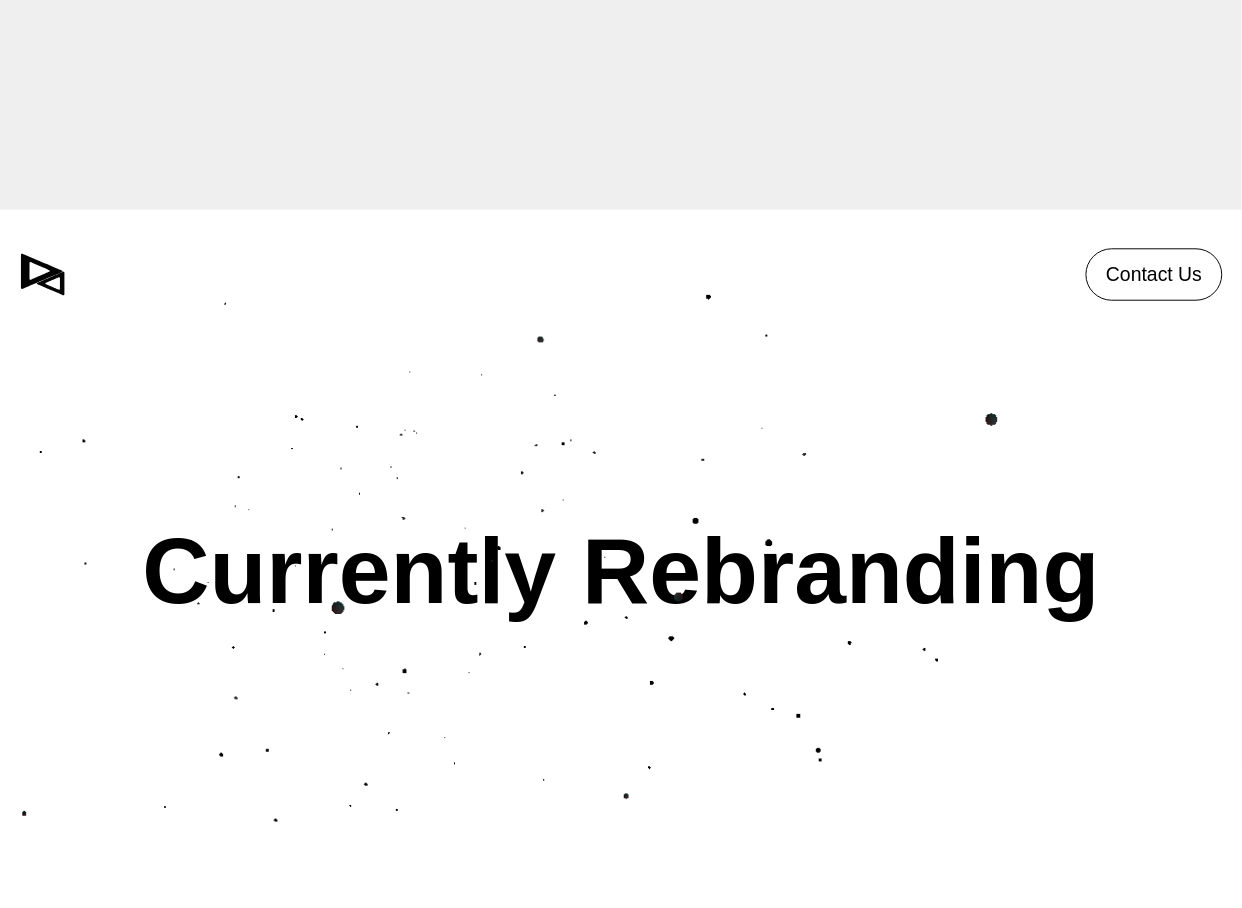
Repository: Cybugg/Nexxistudios-new
Page: /
These files come from the project's save history. The page is drawn as it stood at one moment and after a run of saves; the edit follows.
The browser window is 1280 px wide. The pictures show the whole page, at 97% of full size.
The project was rebuilt for these pictures with package versions that can differ from the ones it lists, and the page was loaded fresh each time. The framework's server and built-in components were replaced by stand-ins that run in the browser. Also part of the build but not shown: next.config.mjs.

Above is the page before, as saved 2025-09-06 15:33:08.

### app/layout.js
import { Geist, Geist_Mono } from "next/font/google";
import localFont from "next/font/local";
import "./globals.css";


const geistSans = Geist({
  variable: "--font-geist-sans",
  subsets: ["latin"],
});
const clashGrotesk = localFont({
  src:"./../public/fonts/TTF/ClashGrotesk-Variable.ttf",
  variable:"--font-clashGrotesk"
})

const geistMono = Geist_Mono({
  variable: "--font-geist-mono",
  subsets: ["latin"],
});

export const metadata = {
  title: "Create Next App",
  description: "Generated by create next app",
};

export default function RootLayout({ children }) {
  return (
    <html lang="en">
      <body
        className={`${geistSans.variable} ${geistMono.variable} antialiased ${clashGrotesk.variable} `}>
        {children}
      </body>
    </html>
  );
}

### app/page.js
"use client"
import { useGSAP } from "@gsap/react";
import TopNav from "./components/topNav";
import gsap from 'gsap';
import { useRef } from "react";
import Particles from "./Effects/Particles";




export default function Home() {
  const boxRef = useRef(null);
  useGSAP(() => {

    gsap.to("#progress", {
      width:"95%",
      duration:3,
      ease: 'power2.out',
    });
  },);

  return (
    <div className="grid grid-rows-[20px_1fr_20px] min-h-screen p-3 px-5  sm:p-5 bg-white text-black font-clashGrotesk">
      <main className="flex flex-col gap-[32px] row-start-2 items-center" style={{ width: '100%',height: '600px', position: 'relative' }}>
        <div className="absolute w-full h-full">
              <Particles particleColors={['#000000', '#000000']}
    particleCount={200}
    particleSpread={10}
    speed={0.1}
    particleBaseSize={100}
    moveParticlesOnHover={true}
    alphaParticles={false}
    disableRotation={false}
  />
        </div>

      {/* Nav section */}
  <TopNav />
      {/* Hero */}
      <section className="h-full w-full flex items-center justify-center">
    <div className="flex flex-col gap-5">
    {/* <div className="text-3xl">
    Re-branding in Progress...
    </div> */}
    <div className="flex items-center justify-center w-full">

{/* Main Text */}
<h1 className=" text-black flex items-center justify-center  w-full font-bold  text-8xl">
Currently Rebranding
</h1>
    </div>

    <div>

    </div>
    </div>
      </section>

      </main>
      <footer className="row-start-3 flex gap-[24px] flex-wrap items-center justify-center">

      </footer>
    </div>
  );
}

### app/globals.css
@import "tailwindcss";

:root {
  --background: #ffffff;
  --foreground: #171717;
}

@theme inline {
  --color-background: var(--background);
  --color-foreground: var(--foreground);
  --font-sans: var(--font-geist-sans);
  --font-mono: var(--font-geist-mono);
}

@media (prefers-color-scheme: dark) {
  :root {
    --background: #0a0a0a;
    --foreground: #ededed;
  }
}

body {
  background: var(--background);
  color: var(--foreground);
  font-family: Arial, Helvetica, sans-serif;
}

@keyframes load {
  0% {
    top: 4.5rem;
  }
  70% {
    top: 1.125rem;
  }
  90% {
    top: 0;
  }
  95% {
    top: 0;
  }
  100% {
    top: 4.5rem;
  }
}
@keyframes liquid-1 {
  0% {
    height: 0;
    opacity: 0;
    top: -0.5rem;
  }
  22% {
    height: 0.28125rem;
    top: 0.375rem;
    opacity: 1;
  }
  25% {
    top: -0.25rem;
  }
  35% {
    height: 1.125rem;
    top: -0.5rem;
  }
  55% {
    height: 0.28125rem;
    top: -0.125rem;
  }
  60% {
    height: 0.61875rem;
    opacity: 1;
    top: -0.275rem;
  }
  96% {
    height: 0.84375rem;
    opacity: 0;
    top: 0.5rem;
  }
  100% {
    height: 0;
    opacity: 0;
  }
}
@keyframes liquid-2 {
  0% {
    height: 0;
    opacity: 0;
    top: -0.5rem;
  }
  17.5% {
    height: 0.28125rem;
    top: 0.2rem;
    opacity: 1;
  }
  20% {
    top: -0.25rem;
  }
  25% {
    height: 1.40625rem;
    top: -0.625rem;
  }
  45% {
    height: 0.28125rem;
    top: -0.125rem;
  }
  60% {
    height: 1.40625rem;
    opacity: 1;
    top: -0.5rem;
  }
  96% {
    height: 0.84375rem;
    opacity: 0;
    top: 0.5rem;
  }
  100% {
    height: 0;
    opacity: 0;
  }
}
.battery {
  display: inline-block;
  position: relative;
  width: 2.25rem;
  height: 4.5rem;
  box-shadow: 0 0 0 0.2rem #425c77;
  background: white;
  border-radius: 0.09rem;
}
.battery:before {
  content: "";
  position: absolute;
  left: 0.5625rem;
  right: 0.5625rem;
  top: -0.3375rem;
  height: 0.3375rem;
  width: 1.125rem;
  background: #425c77;
  border-radius: 0.18rem;
}
.battery:after {
  content: "";
  position: absolute;
  top: 0;
  bottom: 0;
  left: 0;
  right: 0;
  border-right: 2.25rem solid transparent;
  border-bottom: 4.05rem solid rgba(255, 255, 255, 0.325);
}

.liquid {
  position: absolute;
  top: 0;
  bottom: 0;
  left: 0;
  right: 0;
  width: 2.25rem;
  background: #71fb85;
  animation: load 2.25s infinite;
}
.liquid:after, .liquid:before {
  content: "";
  position: absolute;
  top: -0.5rem;
  height: 1.125rem;
  width: 1.4625rem;
  background: #71fb85;
  border-radius: 50%;
  opacity: 0;
}
.liquid:after {
  right: 0;
  animation: liquid-1 2.25s infinite;
}
.liquid:before {
  left: 0;
  animation: liquid-2 2.25s infinite;
}

body {
  padding-top: 30vh;
  background: #efefef;
  text-align: center;
}

@keyframes power {
  0% {
    color: #bcbcbc;
  }
  75% {
    color: #bcbcbc;
    text-shadow: none;
  }
  90% {
    color: #58fa70;
    text-shadow: 0 0 0.8em #71fb85;
  }
  100% {
    color: #bcbcbc;
    text-shadow: none;
  }
}
h5 {
  font-family: Lato, sans-serif;
  font-weight: 300;
  letter-spacing: 0.025rem;
  text-transform: uppercase;
  color: #bcbcbc;
  animation: power 2.25s infinite;
}

### app/components/topNav.js
import Image from 'next/image';
import React from 'react'
import logo from "@/assets/images/logo-light.svg"

function TopNav() {
  return (
    <div className="flex justify-between items-center w-full">
    {/* Logo */}
    <div>
      <Image src={logo} width={48} height={46} alt="nexxistudios's logo" />
    </div>
    <ul>
      <li className="py-3 px-5 text-xl rounded-full border cursor-pointer">
Contact Us
      </li>
    </ul>
  </div>
  )
}

export default TopNav;

### app/Effects/Particles.js
"use client"

import { useEffect, useRef } from 'react';
import { Renderer, Camera, Geometry, Program, Mesh } from 'ogl';

const defaultColors = ['#ffffff', '#ffffff', '#ffffff'];

const hexToRgb = hex => {
  hex = hex.replace(/^#/, '');
  if (hex.length === 3) {
    hex = hex
      .split('')
      .map(c => c + c)
      .join('');
  }
  const int = parseInt(hex, 16);
  const r = ((int >> 16) & 255) / 255;
  const g = ((int >> 8) & 255) / 255;
  const b = (int & 255) / 255;
  return [r, g, b];
};

const vertex = /* glsl */ `
  attribute vec3 position;
  attribute vec4 random;
  attribute vec3 color;

  uniform mat4 modelMatrix;
  uniform mat4 viewMatrix;
  uniform mat4 projectionMatrix;
  uniform float uTime;
  uniform float uSpread;
  uniform float uBaseSize;
  uniform float uSizeRandomness;

  varying vec4 vRandom;
  varying vec3 vColor;

  void main() {
    vRandom = random;
    vColor = color;

    vec3 pos = position * uSpread;
    pos.z *= 10.0;

    vec4 mPos = modelMatrix * vec4(pos, 1.0);
    float t = uTime;
    mPos.x += sin(t * random.z + 6.28 * random.w) * mix(0.1, 1.5, random.x);
    mPos.y += sin(t * random.y + 6.28 * random.x) * mix(0.1, 1.5, random.w);
    mPos.z += sin(t * random.w + 6.28 * random.y) * mix(0.1, 1.5, random.z);

    vec4 mvPos = viewMatrix * mPos;

    if (uSizeRandomness == 0.0) {
      gl_PointSize = uBaseSize;
    } else {
      gl_PointSize = (uBaseSize * (1.0 + uSizeRandomness * (random.x - 0.5))) / length(mvPos.xyz);
    }

    gl_Position = projectionMatrix * mvPos;
  }
`;

const fragment = /* glsl */ `
  precision highp float;

  uniform float uTime;
  uniform float uAlphaParticles;
  varying vec4 vRandom;
  varying vec3 vColor;

  void main() {
    vec2 uv = gl_PointCoord.xy;
    float d = length(uv - vec2(0.5));

    if(uAlphaParticles < 0.5) {
      if(d > 0.5) {
        discard;
      }
      gl_FragColor = vec4(vColor + 0.2 * sin(uv.yxx + uTime + vRandom.y * 6.28), 1.0);
    } else {
      float circle = smoothstep(0.5, 0.4, d) * 0.8;
      gl_FragColor = vec4(vColor + 0.2 * sin(uv.yxx + uTime + vRandom.y * 6.28), circle);
    }
  }
`;

const Particles = ({
  particleCount = 200,
  particleSpread = 10,
  speed = 0.1,
  particleColors,
  moveParticlesOnHover = false,
  particleHoverFactor = 1,
  alphaParticles = false,
  particleBaseSize = 100,
  sizeRandomness = 1,
  cameraDistance = 20,
  disableRotation = false,
  className
}) => {
  const containerRef = useRef(null);
  const mouseRef = useRef({ x: 0, y: 0 });

  useEffect(() => {
    const container = containerRef.current;
    if (!container) return;

    const renderer = new Renderer({ depth: false, alpha: true });
    const gl = renderer.gl;
    container.appendChild(gl.canvas);
    gl.clearColor(0, 0, 0, 0);

    const camera = new Camera(gl, { fov: 15 });
    camera.position.set(0, 0, cameraDistance);

    const resize = () => {
      const width = container.clientWidth;
      const height = container.clientHeight;
      renderer.setSize(width, height);
      camera.perspective({ aspect: gl.canvas.width / gl.canvas.height });
    };
    window.addEventListener('resize', resize, false);
    resize();

    const handleMouseMove = e => {
      const rect = container.getBoundingClientRect();
      const x = ((e.clientX - rect.left) / rect.width) * 2 - 1;
      const y = -(((e.clientY - rect.top) / rect.height) * 2 - 1);
      mouseRef.current = { x, y };
    };

    if (moveParticlesOnHover) {
      container.addEventListener('mousemove', handleMouseMove);
    }

    const count = particleCount;
    const positions = new Float32Array(count * 3);
    const randoms = new Float32Array(count * 4);
    const colors = new Float32Array(count * 3);
    const palette = particleColors && particleColors.length > 0 ? particleColors : defaultColors;

    for (let i = 0; i < count; i++) {
      let x, y, z, len;
      do {
        x = Math.random() * 2 - 1;
        y = Math.random() * 2 - 1;
        z = Math.random() * 2 - 1;
        len = x * x + y * y + z * z;
      } while (len > 1 || len === 0);
      const r = Math.cbrt(Math.random());
      positions.set([x * r, y * r, z * r], i * 3);
      randoms.set([Math.random(), Math.random(), Math.random(), Math.random()], i * 4);
      const col = hexToRgb(palette[Math.floor(Math.random() * palette.length)]);
      colors.set(col, i * 3);
    }

    const geometry = new Geometry(gl, {
      position: { size: 3, data: positions },
      random: { size: 4, data: randoms },
      color: { size: 3, data: colors }
    });

    const program = new Program(gl, {
      vertex,
      fragment,
      uniforms: {
        uTime: { value: 0 },
        uSpread: { value: particleSpread },
        uBaseSize: { value: particleBaseSize },
        uSizeRandomness: { value: sizeRandomness },
        uAlphaParticles: { value: alphaParticles ? 1 : 0 }
      },
      transparent: true,
      depthTest: false
    });

    const particles = new Mesh(gl, { mode: gl.POINTS, geometry, program });

    let animationFrameId;
    let lastTime = performance.now();
    let elapsed = 0;

    const update = t => {
      animationFrameId = requestAnimationFrame(update);
      const delta = t - lastTime;
      lastTime = t;
      elapsed += delta * speed;

      program.uniforms.uTime.value = elapsed * 0.001;

      if (moveParticlesOnHover) {
        particles.position.x = -mouseRef.current.x * particleHoverFactor;
        particles.position.y = -mouseRef.current.y * particleHoverFactor;
      } else {
        particles.position.x = 0;
        particles.position.y = 0;
      }

      if (!disableRotation) {
        particles.rotation.x = Math.sin(elapsed * 0.0002) * 0.1;
        particles.rotation.y = Math.cos(elapsed * 0.0005) * 0.15;
        particles.rotation.z += 0.01 * speed;
      }

      renderer.render({ scene: particles, camera });
    };

    animationFrameId = requestAnimationFrame(update);

    return () => {
      window.removeEventListener('resize', resize);
      if (moveParticlesOnHover) {
        container.removeEventListener('mousemove', handleMouseMove);
      }
      cancelAnimationFrame(animationFrameId);
      if (container.contains(gl.canvas)) {
        container.removeChild(gl.canvas);
      }
    };
    // eslint-disable-next-line react-hooks/exhaustive-deps
  }, [
    particleCount,
    particleSpread,
    speed,
    moveParticlesOnHover,
    particleHoverFactor,
    alphaParticles,
    particleBaseSize,
    sizeRandomness,
    cameraDistance,
    disableRotation
  ]);

  return <div ref={containerRef} className={`relative w-full h-full ${className}`} />;
};

export default Particles;

After the next 2 saves:
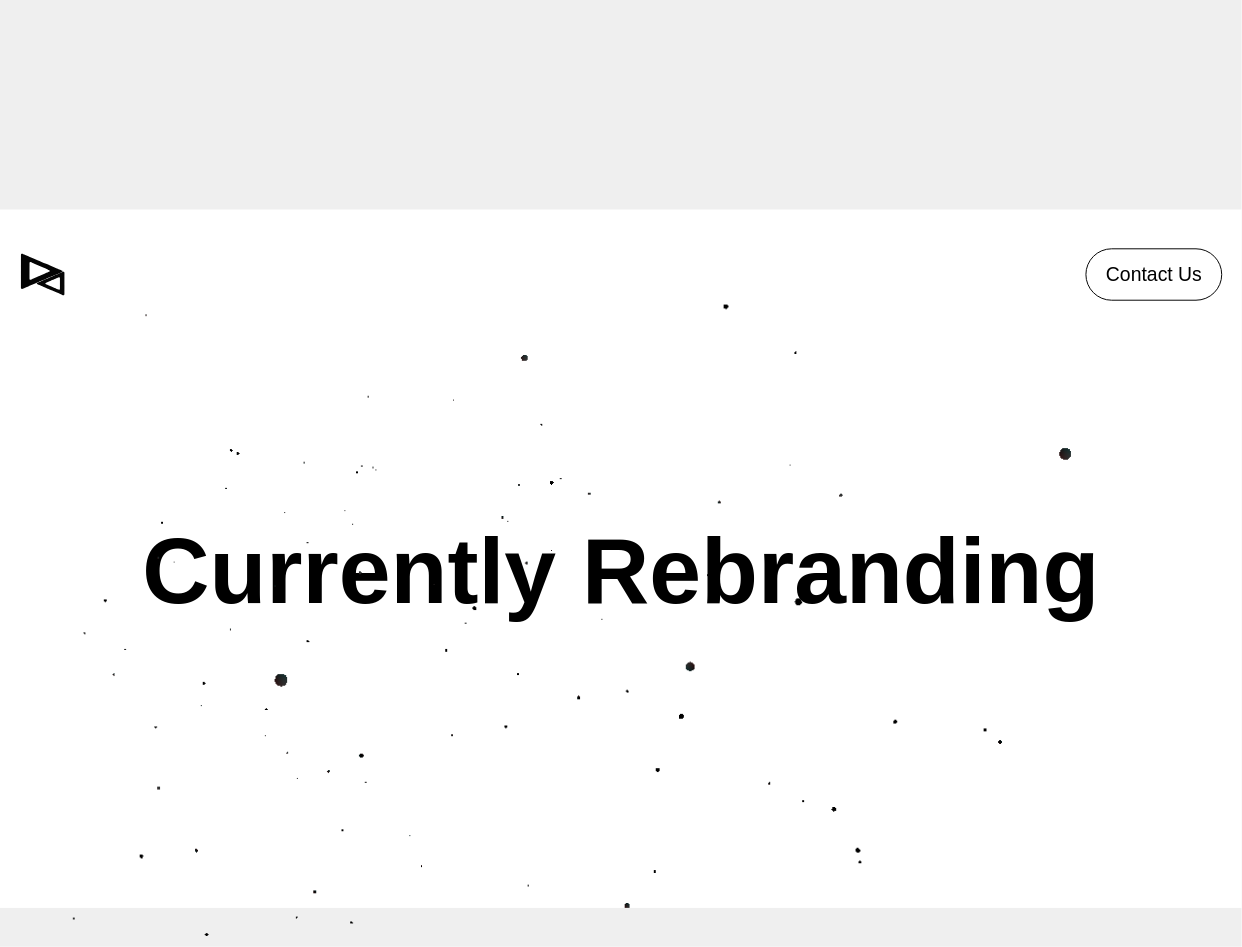
The 2 saves are shown as one change because they came seconds apart.
The last was saved 29 s later.
--- a/app/page.js
+++ b/app/page.js
@@ -22,7 +22,7 @@ export default function Home() {
   return (
     <div className="grid grid-rows-[20px_1fr_20px] min-h-screen p-3 px-5  sm:p-5 bg-white text-black font-clashGrotesk">
       <main className="flex flex-col gap-[32px] row-start-2 items-center" style={{ width: '100%',height: '600px', position: 'relative' }}>
-        <div className="absolute w-full h-full">
+        <div className="absolute w-full h-screen">
               <Particles particleColors={['#000000', '#000000']}
     particleCount={200}
     particleSpread={10}
